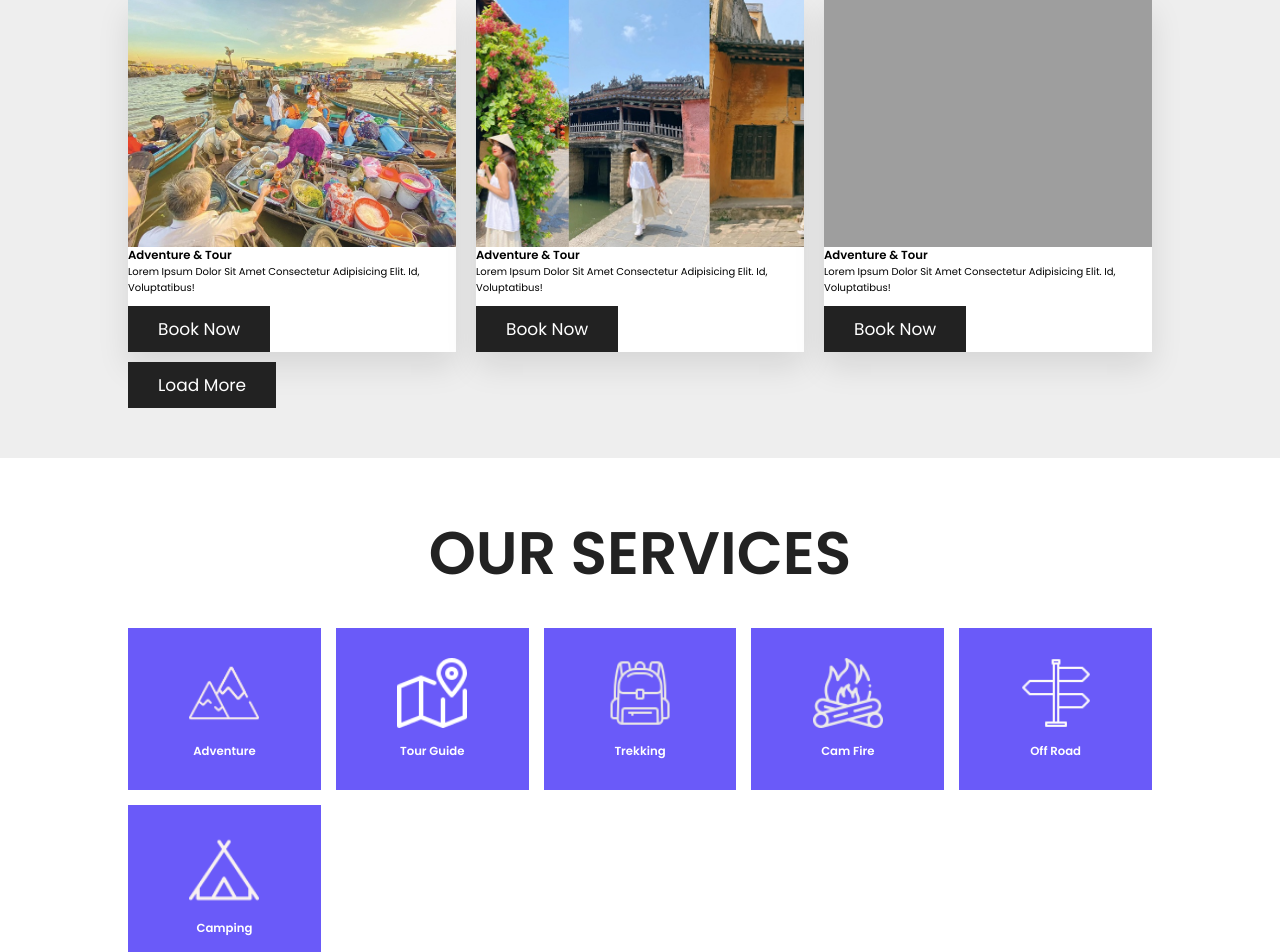
Repository: CTCuong/Traveloka-Web
Page: assets/home.html
An editor plug-in stored every save of this project. The page is shown before and after the next save, followed by the edit.
The browser window is 1280 px wide. The pictures show the part of the page from y = 1245 to 2197 px (the page is 2908 px tall before and 2948 px after).
Pictures or frames that could not be fetched are drawn as grey boxes. A picture or video elsewhere on the page could not be fetched, so the positions and the page height are approximate. Backgrounds fixed to the window are drawn as part of the page.

Above is the page before, as saved 2023-07-04 21:18:41.

### assets/home.html
<!DOCTYPE html>
<html lang="en">
<head>
    <meta charset="UTF-8">
    <meta name="viewport" content="width=device-width, initial-scale=1.0">
    <title>Document</title>
    <!--swiper css-->
    <link rel="stylesheet"href="https://cdn.jsdelivr.net/npm/swiper@9/swiper-bundle.min.css"/>
    <!--font awesome link-->
    <link rel="stylesheet" href="https://cdnjs.cloudflare.com/ajax/libs/font-awesome/6.4.0/css/all.min.css">
    <!-- css file link -->
    <link rel="stylesheet" href="/assets/css/style.css">
</head>
<body>
    <!-- header section starts -->
    <section class="header">
        <a href="home.html" class="logo">travel.</a>

        <nav class="navbar">
            <a href="home.html">Home</a>
            <a href="about.html">About</a>
            <a href="package.html">Package</a>
            <a href="book.html">Book</a>

        </nav>

        <div id="menu-btn" class="fas fa-bars"></div>
    </section>
    <!-- header section ends -->

    <!-- home section starts -->
    <section class="home">

        <div class="swiper home-slider">

            <div class="swiper-wrapper">

                <div class="swiper-slide slide" style="background: url(/assets/image/Content/sun-moon-lake-morning-taiwan.jpg) no-repeat;">
                    <div class="content">
                        <span>explore, discover, travel</span>
                        <h3>travel arround the world</h3>
                        <a href="package.html" class="btn">discover more</a>
                    </div>
                </div>

                <div class="swiper-slide slide" style="background: url(/assets/image/Content/sun-moon-lake-morning-taiwan.jpg) no-repeat;">
                    <div class="content">
                        <span>explore, discover, travel</span>
                        <h3>discover the new places</h3>
                        <a href="package.html" class="btn">discover more</a>
                    </div>
                </div>

                <div class="swiper-slide slide" style="background: url(/assets/image/Content/sun-moon-lake-morning-taiwan.jpg) no-repeat;">
                    <div class="content">
                        <span>explore, discover, travel</span>
                        <h3>make your tour worthwhile</h3>
                        <a href="package.html" class="btn">discover more</a>
                    </div>
                </div>

            </div>
            <div class="swiper-pagination"></div>

        </div>
    </section>
    <!-- home section ends -->

    <!-- home about section strats -->
    <section class="home-about">

        <div class="image">
            <img src="/assets/image/About/beautiful-sunrise-fishing-dip-nets-pakpra-phatthalung-thailand_335224-816.avif" alt="">
        </div>

        <div class="content">
            <h3>about us</h3>
            <p>Hội An – nơi mà cuộc sống cứ bình lặng như thế. Hội An – nơi mà dường như dòng chảy vô tình của thời gian chẳng thể nào vùi lấp đi cái không khí cổ xưa.
             Những mái ngói cũ phủ đầy rêu phong, những con đường ngập trong sắc đỏ của đèn lồng, những bức hoành phi được chạm trổ tinh vi, tất cả như đưa ta về với
             một thế giới của vài trăm năm trước</p>
            <a href="about.html" class="btn"> read more</a>
        </div>
    </section>

    <!-- home about section ends -->

    <!-- home package section starts -->
    <section class="home-packages">

        <h1 class="heading"> our packages </h1>

        <div class="box-container">

            <div class="box">
                <div class="image">
                    <img src="/assets/image/Packages/3.jpg" alt="">
                </div>
                <div class="content">
                    <h3> adventure & tour </h3>
                    <p>Lorem ipsum dolor sit amet consectetur adipisicing elit. Id, voluptatibus!</p>
                    <a href="book.html" class="btn"> book now </a>
                </div>
            </div>

            <div class="box">
                <div class="image">
                    <img src="/assets/image/Packages/4.jpg" alt="">
                </div>
                <div class="content">
                    <h3> adventure & tour </h3>
                    <p>Lorem ipsum dolor sit amet consectetur adipisicing elit. Id, voluptatibus!</p>
                    <a href="book.html" class="btn"> book now </a>
                </div>
            </div>

            <div class="box">
                <div class="image">
                    <img src="/assets/image/Packages/1000_F_123366928_zyyHM653FcF4yUdvN18QuJ5tGSyccTAS.jpg" alt="">
                </div>
                <div class="content">
                    <h3> adventure & tour </h3>
                    <p>Lorem ipsum dolor sit amet consectetur adipisicing elit. Id, voluptatibus!</p>
                    <a href="book.html" class="btn"> book now </a>
                </div>
            </div>

        </div>

        <div class="load-more"> <a href="package.html" class="btn">load more</a></div>

    </section>
    <!-- home package section ends -->




    <!-- services section starts -->
    <section class="services">
        <h1 class="heading-title"> our services </h1>

        <div class="box-container">

            <div class="box">
                <img src="/assets/image/Services/1.png" alt="">
                <h3> adventure </h3>
            </div>

            <div class="box">
                <img src="/assets/image/Services/2.png" alt="">
                <h3> tour guide </h3>
            </div>

            <div class="box">
                <img src="/assets/image/Services/3.png" alt="">
                <h3> trekking </h3>
            </div>


            <div class="box">
                <img src="/assets/image/Services/4.png" alt="">
                <h3> cam fire </h3>
            </div>

            <div class="box">
                <img src="/assets/image/Services/5.png" alt="">
                <h3> off road </h3>
            </div>

            <div class="box">
                <img src="/assets/image/Services/6.png" alt="">
                <h3> camping </h3>
            </div>

        </div>
    </section>
    <!-- services section ends -->



    <!-- footer section starts -->

    <section class="footer">
        <div class="box-container">

            <div class="box">
                <h3>quick links</h3>
                <a href="home.html"><i class="fas fa-angle-right"></i>Home</a>
                <a href="about.html"><i class="fas fa-angle-right"></i>About</a>
                <a href="package.html"><i class="fas fa-angle-right"></i>Package</a>
                <a href="book.html"><i class="fas fa-angle-right"></i>Book</a>
            </div>

            <div class="box">
                <h3>extra links</h3>
                <a href="#"><i class="fas fa-angle-right"></i> ask question</a>
                <a href="#"><i class="fas fa-angle-right"></i> about us</a>
                <a href="#"><i class="fas fa-angle-right"></i> privacy policy</a>
                <a href="#"><i class="fas fa-angle-right"></i> terms of use</a>
            </div>

            <div class="box">
                <h3>contract info</h3>
                <a href="#"><i class="fas fa-phone"></i> +84 098-326-789 </a>
                <a href="#"><i class="fas fa-phone"></i> +84 023-908-7865 </a>
                <a href="#"><i class="fas fa-envelope"></i> travekhanas@gmail.com </a>
                <a href="#"><i class="fas fa-map"></i> HaNoi, VietNam   </a>
            </div>

            <div class="box">
                <h3>follow us</h3>
                <a href="#"><i class="fab fa-facebook"></i> facebook </a>
                <a href="#"><i class="fab fa-twitter"></i> twitter </a>
                <a href="#"><i class="fab fa-instagram"></i> instagram </a>
                <a href="#"><i class="fab fa-telegram"></i> telegram </a>
            </div>

        </div>

        <div class="credit"> created by <span>mr. Cao Tran Cuong</span> | all rights reserved! </div>
    </section>
    <!-- footer section ends -->

    <!--swiper js-->
    <script src="https://cdn.jsdelivr.net/npm/swiper@9/swiper-bundle.min.js"></script>
    <!-- js file link -->
    <script src="/assets/js/scrip.js"></script>
</body>
</html>

### assets/css/style.css
@import url('https://fonts.googleapis.com/css2?family=Poppins:ital,wght@0,100;0,200;0,300;0,400;0,500;0,600;1,100;1,200;1,300;1,400;1,500;1,600&display=swap');

:root {
    --main-color:#6A5AF9;
    --black:#222;
    --white: #fff;
    --light-black:#777;
    --light-white:#fff9;
    --drak-bg:rgba(0,0,0,.7);
    --light-bg:#eee;
    --border:1rem solid var(var(--black));
    --text-shadow:0 1.5rem 3rem rgba(0,0,0,.3);
    --box-shadow:0 1.5rem 3rem rgba(0,0,0,.1);
}
* {
    font-family: 'Poppins', sans-serif;
    margin: 0; padding: 0;
    box-sizing: border-box;
    outline: none; border: none;
    text-decoration: none;
    text-transform: capitalize;

}

html {
    font-size: 62.5%;
    overflow-x: hidden;
}

html::-webkit-scrollbar {
    width : 1rem;
}

html::-webkit-scrollbar-track {
    background-color: var(--white);
}

html::-webkit-scrollbar-thumb {
    background-color: var(--main-color);
}
section {
    padding: 5rem 10%;
}
.header {
    position: sticky;
    top:0; left: 0; right: 0;
    z-index: 1000;
    background-color: var(--white);
    display: flex;
    padding-top: 2rem;
    padding-bottom: 2rem;
    box-shadow: var(--box-shadow);
    align-items: center;
    justify-content:space-between;
}

.header .logo {
    font-size: 2.5rem;
    color: var(--black);
}

.header .navbar a {
    font-size: 2rem;
    margin-left: 2rem;
    color: var(--black);
}

#menu-btn {
    font-size: 2.5rem;
    color: var(--black);
    cursor: pointer;
    display: none;
}

.home {
    padding: 0;
}

.home .slide {
    text-align: center;
    padding: 2rem;
    display: flex;
    align-items: center;
    justify-content: center;
    background-size: cover !important;
    background-position: center !important;
    min-height: 60rem;
}

.home .slide .content {
    width: 85rem;
    display: none;
}

.home .swiper-slide-active .content {
    display: inline-block;
}

.home .slide .content span {
    display: block;
    font-size: 2.2rem;
    color: var(--light-white);
    padding-bottom: 1rem;
    animation:fadeIn .4s linear backwards .2s;
}

.home .slide .content h3 {
    font-size: 6vw;
    color: var(--white);
    text-transform: uppercase;
    line-height: 1;
    text-shadow: var(--text-shadow);
    padding: 1rem 0;
    animation:fadeIn .4s linear backwards .4s;
}

.home .slide .content .btn {
    animation:fadeIn .4s linear backwards .6s;
}


@keyframes fadeIn {
    0% {
        transform: scale(0);
        opacity: 0;
    }
}
.btn {
    display: inline-block;
    background: var(--black);
    margin-top: 1rem;
    color: var(--white);
    font-size: 1.7rem;
    padding: 1rem 3rem;
    cursor: pointer;

}

.btn:hover {
    background: var(--main-color);
}

.home-about {
    display: flex;
    align-items: center;
    flex-wrap: wrap;
}

.home-about .image {
    flex: 1 1 41rem;
}

.home-about .image img {
    width: 100%;

}

.home-about .content {
    flex: 1 1 41rem;
    padding: 3rem;
    background: var(--light-bg);
}

.home-about .content h3 {
    font-size: 3rem;
    color: var(--black);
}

.home-about .content p {
    font-size: 1.5rem;
    padding: 1rem;
    line-height:2 ;
    color: var(--black);
}

.home-packages {
    background: var(--light-bg);
}

.home-packages .box-container .box {
    border: var(--border);
    box-shadow: var(--box-shadow);
    background: var(--white);
}

.home-packages .box-container {
    display: grid;
    grid-template-columns: repeat(auto-fit, minmax(30rem, 1fr));
    gap : 2rem;
}

.home-packages .box-container .box .image {
    height: 25rem;
    overflow: hidden;
}

.home-packages .box-container .box .image img {
    height: 100%;
    width: 100%;
    object-fit: cover;
    transition: .2s linear;
}

.home-packages .box-container .box .content {
    padding: ;
}




.services .box-container {
    display: grid;
    grid-template-columns: repeat(auto-fit, minmax(16rem, 1fr));
    gap : 1.5rem;
}

.services .box-container .box {
    padding: 3rem 2rem;
    text-align: center;
    background: var(--main-color);
    cursor: pointer;
}


.services .box-container .box:hover {
    background: var(--black) ;
}

.services .box-container .box h3 {
    color: var(--white);
    font-size: 1,7rem;
    padding-top: 1rem;
}

.services .box-container .box img {
    height: 7rem;
}

.heading-title {
    text-align: center;
    margin-bottom: 3rem;
    font-size: 6rem;
    text-transform: uppercase;
    color: var(--black);
}





























.footer {
    background:url(/assets/image/Footer/low-angle-nature-night-time.jpg) no-repeat;
    background-size: cover;
    background-position: center;
    background-attachment: fixed;
}

.footer .box-container {
    display: grid;
    grid-template-columns: repeat(auto-fit, minmax(25rem, 1fr));
    gap : 3rem;
}

.footer .box-container .box h3{
    color: var(--white);
    font-size: 2.5rem;
    padding-bottom: 2rem;
}

.footer .box-container .box a {
    color: var(--light-white);
    font-size: 1.5rem;
    padding-bottom: 1.5rem;
    display: block;
}

.footer .box-container .box a i {
    color: var(--main-color);
    padding-right: .5rem;
    transition: .2s linear ;
}

.footer .box-container .box a:hover i {
    padding-right: 2rem;
}

.footer .credit {
    text-align: center;
    padding-top: 3.5rem;
    margin-top: 3rem;
    border-top: .1rem solid var(--light-bg);
    font-size: 2rem;
    color: var(--white);
}

.footer .credit span {
    color:var(--main-color);
}



/* media queries */
@media (max-width:1200px) {

    section {
        padding: 3rem 5%;
    }

}

@media (max-width:991px) {

    html {
        font-size: 55%;
    }

    section {
        padding: 3rem 2rem;
    }

    .home .slide .content h3 {
        font-size: 10vw;
    }
}

@media (max-width:768px) {
    #menu-btn {
         display: inline-block;
         transition: .2s linear;
    }

    #menu-btn.fa-times {
        transform: rotate(180deg);
    }

    .header .navbar {
        position: absolute;
        top:99%; left:0; right:0;
        background-color: var(--white);
        border-top: var(--border);
        padding: 2rem;
        transition: .2s linear;
        clip-path: polygon(0 0, 100% 0, 100% 0, 0 0);
    }

    .header .navbar.active {
        clip-path: polygon(0 0, 100% 0, 100% 100%, 0 100%);
    }

    .header .navbar a {
        display:block;
        margin: 2rem;
        text-align: center ;
    }

}
@media (max-width:450px) {

    html {
        font-size: 50%;
    }

    .heading-title {
        font-size: 3.5rem;
    }

}

### assets/js/scrip.js
let menu = document.querySelector('#menu-btn');
let navbar = document.querySelector('.header .navbar');

menu.onclick = () =>{
    menu.classList.toggle('fa-times');
    navbar.classList.toggle('active');
};

window.onscroll = () => {
    menu.classList.remove('fa-times')
    navbar.classList.remove('active')

};

var swiper = new Swiper(".home-slider", {
    spaceBetween: 30,
    pagination: {
      el: ".swiper-pagination",
      clickable: true,
    },
});

After the next save:
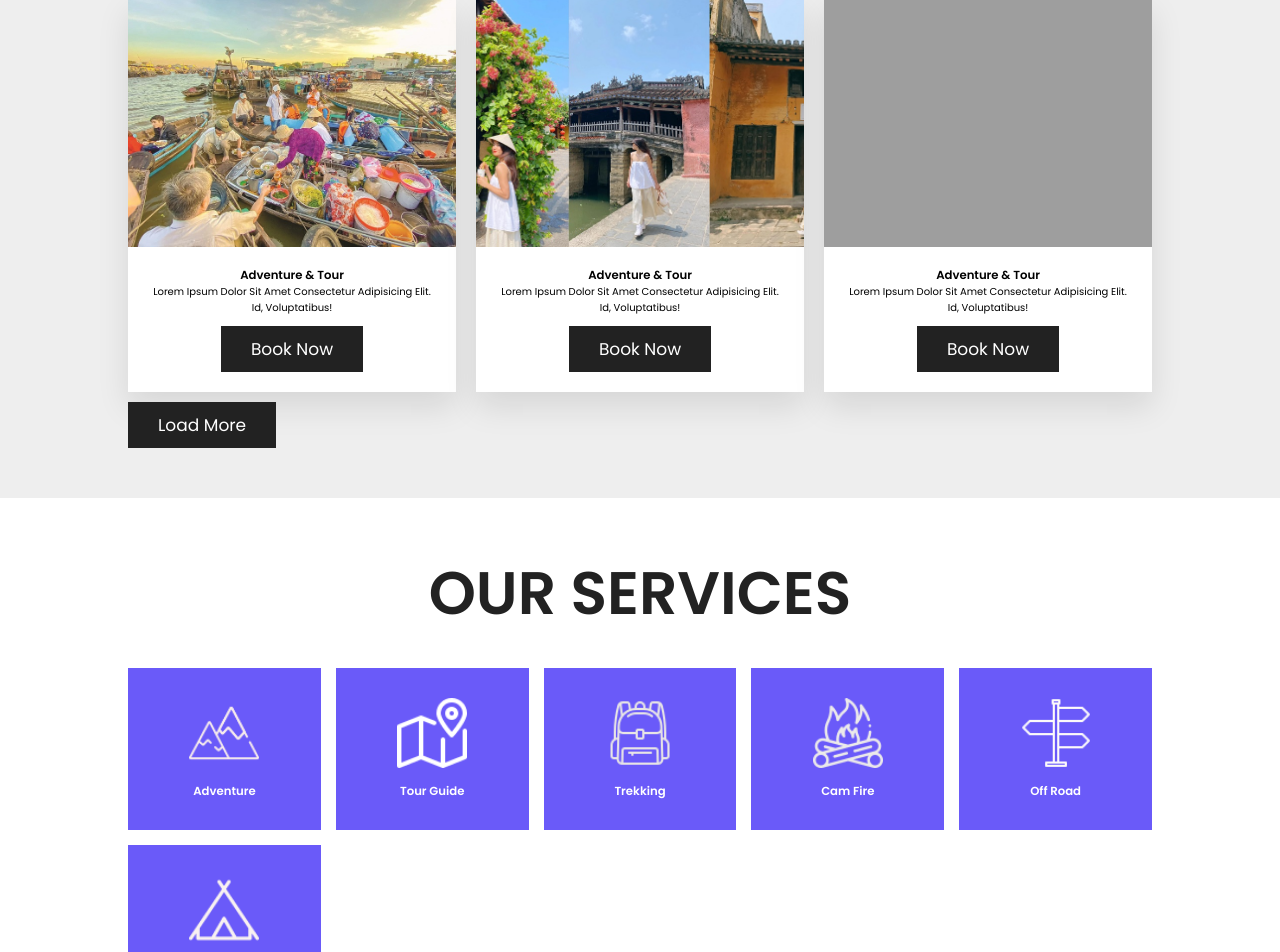
Saved 110 s later.
--- a/assets/css/style.css
+++ b/assets/css/style.css
@@ -202,7 +202,9 @@ section {
 }
 
 .home-packages .box-container .box .content {
-    padding: ;
+    padding: 2rem;
+    text-align: center;
+
 }
 
 
